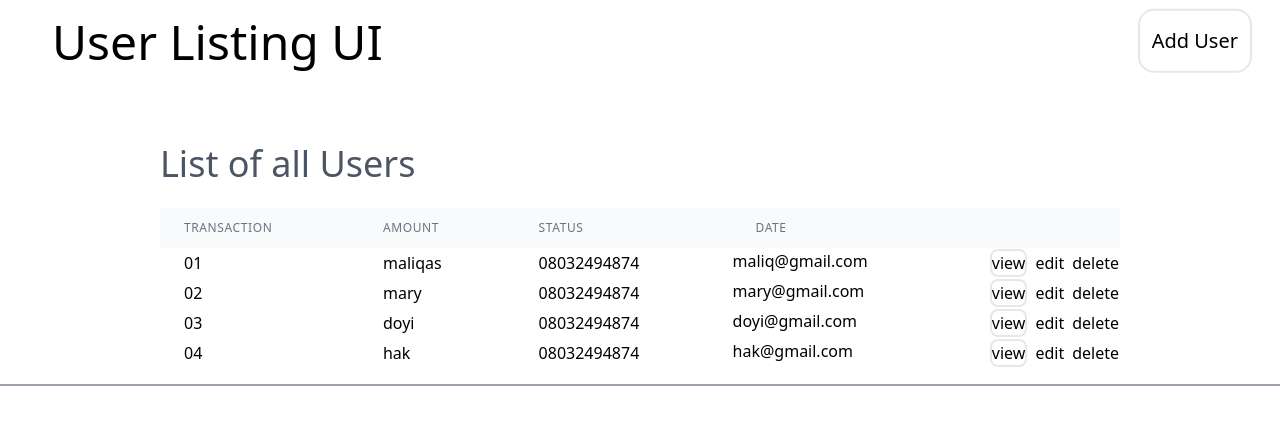
Repository: Marlstergo/listings
Page: / (app in client/)
An editor plug-in stored every save of this project. The page is shown before and after the next save, followed by the edit.
The browser window is 1280 px wide. The pictures show the whole page.
The project was rebuilt for these pictures with package versions that can differ from the ones it lists, and the page was loaded fresh each time. Also part of the build but not shown: client/craco.config.js, client/src/components/Loader.js, client/src/components/List.js, client/src/components/EditUser.js.

Above is the page before, as saved 2021-07-21 16:37:20.

### client/src/index.js
/* eslint-disable no-unused-vars */
import React from "react";
import ReactDOM from "react-dom";
import "./index.css";
import App from "./App";
import reportWebVitals from "./reportWebVitals";
import { BrowserRouter as Router } from 'react-router-dom';
import { Provider } from "react-redux";
import { store } from "./redux/store";
import { PersistGate } from "redux-persist/integration/react";
import { persistor } from "./redux/store";

ReactDOM.render(
  <React.StrictMode>
    <Provider store={store}>
      <Router>
        <PersistGate persistor={persistor}>
          <App />
        </PersistGate>
      </Router>
    </Provider>
  </React.StrictMode>,
  document.getElementById("root")
);

// If you want to start measuring performance in your app, pass a function
// to log results (for example: reportWebVitals(console.log))
// or send to an analytics endpoint. Learn more: https://bit.ly/CRA-vitals
reportWebVitals();

### client/src/App.js
import React, { useState } from "react";
import { BrowserRouter, Route, Switch, useLocation } from "react-router-dom";
import Header from "./components/Header";
import Home from "./components/Home";
import List from "./components/List";
// import Toppings from "./components/Toppings";
import Order from "./components/EditUser";
// import Modal from "./components/Modal";
import { AnimatePresence } from "framer-motion";

function App() {
  const location = useLocation();
  const showModal = true;

  return (
    <>
      <Header />
      {/* <Modal showModal={showModal} /> */}
      <AnimatePresence exitBeforeEnter>
        <BrowserRouter>
          <Switch>
            <Route exact name="home" path="/">
              <Home />
            </Route>
            {/* <Route exact path="/createUpdateUser">
            <Toppings />
          </Route> */}
            <Route path="/edit" exact name="order">
              <Order />
            </Route>
            <Route path="/view" exact name="view">
              <List/>
            </Route>
          </Switch>
        </BrowserRouter>
      </AnimatePresence>
    </>
  );
}

export default App;

### client/src/redux/store.js
import { createStore, applyMiddleware } from "redux";
import { logger } from 'redux-logger';
import {persistStore} from 'redux-persist';
// import thunk from 'redux-thunk'
import createSagaMiddleware from 'redux-saga'

import rootSaga from './root-sagas'

import rootReducer from './root-reducer';

const sagaMiddleware = createSagaMiddleware()

const middleware = [sagaMiddleware];

if( process.env.NODE_ENV === 'development'){
    middleware.push(logger)
}

export const store = createStore(rootReducer, applyMiddleware(...middleware))

sagaMiddleware.run(rootSaga)

export const persistor = persistStore(store)

export default (store, persistor);

### client/src/components/Header.js
import React from "react";
import { motion } from "framer-motion";

const svgVariants = {
  hidden: { rotate: -180 },
  visible: {
    rotate: 0,
    transition: { duration: 1 },
  },
};

const pathVariants = {
  hidden: {
    opacity: 0,
    pathLength: 0,
  },
  visible: {
    opacity: 1,
    pathLength: 1,
    transition: {
      duration: 2,
      ease: "easeInOut",
    },
  },
};

const buttonVariants = {
  show: {
    y: [0, -20],
    x: 0,
    textShadow: "0px 0px 8px rgb(255,255,255)",
    boxShadow: "0px 0px 8px rgb(255,255,255)",
    transition: {
      duration: 0.3,
      yoyo: Infinity,
      ease: 'easeOut'
    },
  },
};

const Header = () => {
  return (
    <header className="flex p-7 w-screen justify-between  items-center">
      {/* <motion.div
        className="logo"
        drag
        dragConstraints={{ left: 0, top: 0, right: 0, bottom: 0 }}
        dragElastic={0.7}
      >

      </motion.div> */}
      <motion.div
        className=" flex justify-between w-full ml-6 text-xs"
        initial={{ y: -250 }}
        animate={{ y: -10 }}
        transition={{ delay: 0.2, type: "spring", stiffness: 120 }}
      >
        <h1 className=" pb-4 text-5xl">User Listing UI</h1>
        <motion.button variants={buttonVariants} whileHover="hover"
        animate="show"
        className="text-xl border-2 px-3 rounded-2xl active:bg-gray-200"
        >
          Add User
        </motion.button>
      </motion.div>
    </header>
  );
};

export default Header;

### client/src/components/Home.js
import React from "react";
import { Link } from "react-router-dom";
import { motion } from "framer-motion";
import Loader from "./Loader";
import UserRow from "./UserRow";



const containerVariants = {
  hidden: {
    opacity: 0,
  },
  visible: {
    opacity: 1,
    transition: { delay: 1.5, duration: 1.5 },
  },
  exit: {
    x: "-100vh",
    transition: { ease: "easeInOut" },
  },
};
const buttonVariants = {
  hover: {
    scale: 1.1,
    textShadow: "0px 0px 8px rgb(255,255,255)",
    boxShadow: "0px 0px 8px rgb(255,255,255)",
    transition: {
      duration: 0.3,
      yoyo: Infinity
    }
  }
}
const users = [
  {
    id: '01',
    name: "maliqas",
    email: "maliq@gmail.com",
    phone: '08032494874'
  },
  {
    id: '02',
    name: "mary",
    email: "mary@gmail.com",
    phone: '08032494874'
  },
  {
    id: '03',
    name: "doyi",
    email: "doyi@gmail.com",
    phone: '08032494874'
  },
  {
    id: '04',
    name: "hak",
    email: "hak@gmail.com",
    phone: '08032494874'
  },
];
const Home = () => {
  return (
    <motion.div
      className="  pb-4 mb-4 border-b-2 border-gray-400 flex flex-col items-center"
      variants={containerVariants}
      initial="hidden"
      animate="visible"
      exit="exit"
    >
      <div className="w-3/4 ">
        <h1 className="text-gray-600 py-6 text-4xl">List of all Users</h1>

        <table className="min-w-full divide-y divide-gray-200">
          <thead>
            <tr>
              <th className="px-6 py-3 bg-gray-50 text-left text-xs font-medium text-gray-500 uppercase tracking-wider">
                Transaction
              </th>
              <th className="px-6 py-3 bg-gray-50 text-left text-xs font-medium text-gray-500 uppercase tracking-wider">
                Amount
              </th>
              <th className=" px-6 py-3 bg-gray-50 text-left text-xs font-medium text-gray-500 uppercase tracking-wider">
                Status
              </th>
              <th className="px-6 py-3 bg-gray-50 text-left text-xs font-medium text-gray-500 uppercase tracking-wider">
                Date
              </th>
            </tr>
            {
              users.map((user) =>(
                <UserRow name={user.name} id={user.id} email={user.email} phone={user.phone} />
              ))
            }
          </thead>
        </table>
      </div>
    </motion.div>
  );
};

export default Home;

### client/src/redux/root-sagas.js
import {all, call} from 'redux-saga/effects'
import {userSagas} from './user/user.sagas'


export default function* rootSaga(){
    yield all([
        call(userSagas),
    ])
}

### client/src/redux/root-reducer.js
import {combineReducers} from 'redux'
import userReducer from './user/user.reducer'
// import cartReducer from './cart/cart.reducer'
import {persistReducer} from 'redux-persist'
import storage from 'redux-persist/lib/storage'
// import directoryReducer from './directory/directory.reducer'
// import shopReducer from './shop/shop.reducer'

const persistConfig ={
    key: 'root',
    storage,
    whitelist: ['' ]
}
const rootReducer = combineReducers({
    user: userReducer,

})
export default persistReducer(persistConfig, rootReducer)

### client/src/components/UserRow.jsx
import React from "react";

const UserRow = ({ id, name, phone, email }) => {
  console.log(phone);
  return (
    <tr>
      <td className="px-6">{id}</td>
      <td className="px-6">{name}</td>
      <td className="px-6">{phone}</td>
      <td className=" flex justify-between ">
        <p className="">{email}</p>
        <span className=" space-x-2 flex">
          <button className="border-2 rounded-lg">view</button>
          <button>edit</button>
          <button>delete</button>
        </span>
      </td>
    </tr>
  );
};

export default UserRow;

### client/src/redux/user/user.sagas.js
import { all, call, put, takeLatest } from "redux-saga/effects";

import UserActionTypes from "./user.types";
import { loadUserDetail } from "./user.action";
// import axios from "axios";
// import { getUserDetailsURL } from "../../components/stringConstants";

export function* getDetails() {
  yield console.log("i fired");

  // try {
  //   console.log("inside try");

  //   const res = yield axios.get(getUserDetailsURL);
  //   const data = yield res.data;
  //   console.log(res);
  //   yield put(loadUserDetail(data ? data.data[0] : {}));
  // } catch (err) {
  //   console.log(err.response);
  //   if (err.response && err.response.statusText === "Not Found") {
  //     // console.log("");
  //     window.location.href = "/profile/settings?newUser=0837";
  //   }
  // }
}

export function* getUserDetails() {
  yield takeLatest(UserActionTypes.GET_USER_DETAIL, getDetails);
}
// export function* loadUserDetails(){
//     yield takeLatest(UserActionTypes.LOAD_USER_DETAIL, loadDetails)
// }

export function* userSagas() {
  yield all([call(getUserDetails)]);
}

### client/src/redux/user/user.reducer.js
import UserActionTypes from "./user.types";
const INITIAL_STATE = {
  // currentUser: null,
  userDetail: {},
  demo: 'i am demo',
  location: null

};
const userReducer = (state = INITIAL_STATE, action) => {
  switch (action.type) {

    case UserActionTypes.LOAD_USER_DETAIL:
      return {
        ...state,
        userDetail: action.payload,
      };

    case UserActionTypes.COLLECT_GEOLOCATION:
      return {
        ...state,
        location: action.payload
      }
    default:
      return state;
  }
};

export default userReducer;

### client/src/redux/user/user.types.js
const UserActionTypes ={
    GOOGLE_SIGN_IN_START : 'GOOGLE_SIGN_IN_START',
    SIGN_IN_SUCCESS : 'SIGN_IN_SUCCESS',
    SIGN_IN_FAILURE : 'SIGN_IN_FAILURE',
    GET_USER_DETAIL: 'GET_USER_DETAIL',
    LOAD_USER_DETAIL: 'LOAD_USER_DETAIL',
    COLLECT_GEOLOCATION: 'COLLECT_GEOLOCATION',
    FETCH_GEOLOCATION: 'FETCH_GEOLOCATION'
}
export default UserActionTypes;

### client/src/redux/user/user.action.js
import UserActionTypes from './user.types'



// export const googleSignInStart = () => ({
//     type: UserActionTypes.GOOGLE_SIGN_IN_START
// })

// export const signInSuccess = (user) => ({
//     type: UserActionTypes.SIGN_IN_SUCCESS,
//     payload: user
// })

export const getUserDetail = () => ({
    type: UserActionTypes.GET_USER_DETAIL,

})
export const loadUserDetail = (details) => ({
    type: UserActionTypes.LOAD_USER_DETAIL,
    payload: details
})

export const fetchGeoloction = () => ({
    type: UserActionTypes.FETCH_GEOLOCATION
})
export const collectGeolocation = (location) => ({
    type: UserActionTypes.COLLECT_GEOLOCATION,
    payload: location
})
// })

### client/tailwind.config.js
// tailwind.config.js
module.exports = {
  // mode:'jit',
  purge: ["./src/**/*.{js,jsx,ts,tsx}", "./public/index.html"],
  darkMode: false, // or 'media' or 'class'
  theme: {
    extend: {},
  },
  variants: {
    extend: {
      backgroundColor: ["active"],
    },
  },
  plugins: [],
};

Loaded but not shown: client/public/index.html (common file); client/src/index.css (common file); client/src/reportWebVitals.js (common file)

After the next save:
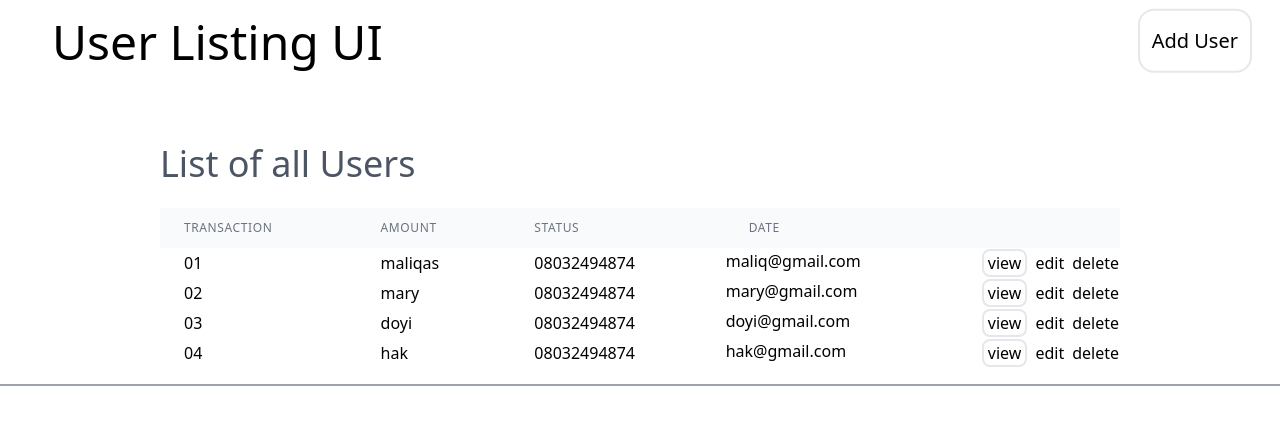
Saved 12 s later.
--- a/client/src/components/UserRow.jsx
+++ b/client/src/components/UserRow.jsx
@@ -10,7 +10,7 @@ const UserRow = ({ id, name, phone, email }) => {
       <td className=" flex justify-between ">
         <p className="">{email}</p>
         <span className=" space-x-2 flex">
-          <button className="border-2 rounded-lg">view</button>
+          <button className="border-2 rounded-lg px-1">view</button>
           <button>edit</button>
           <button>delete</button>
         </span>
